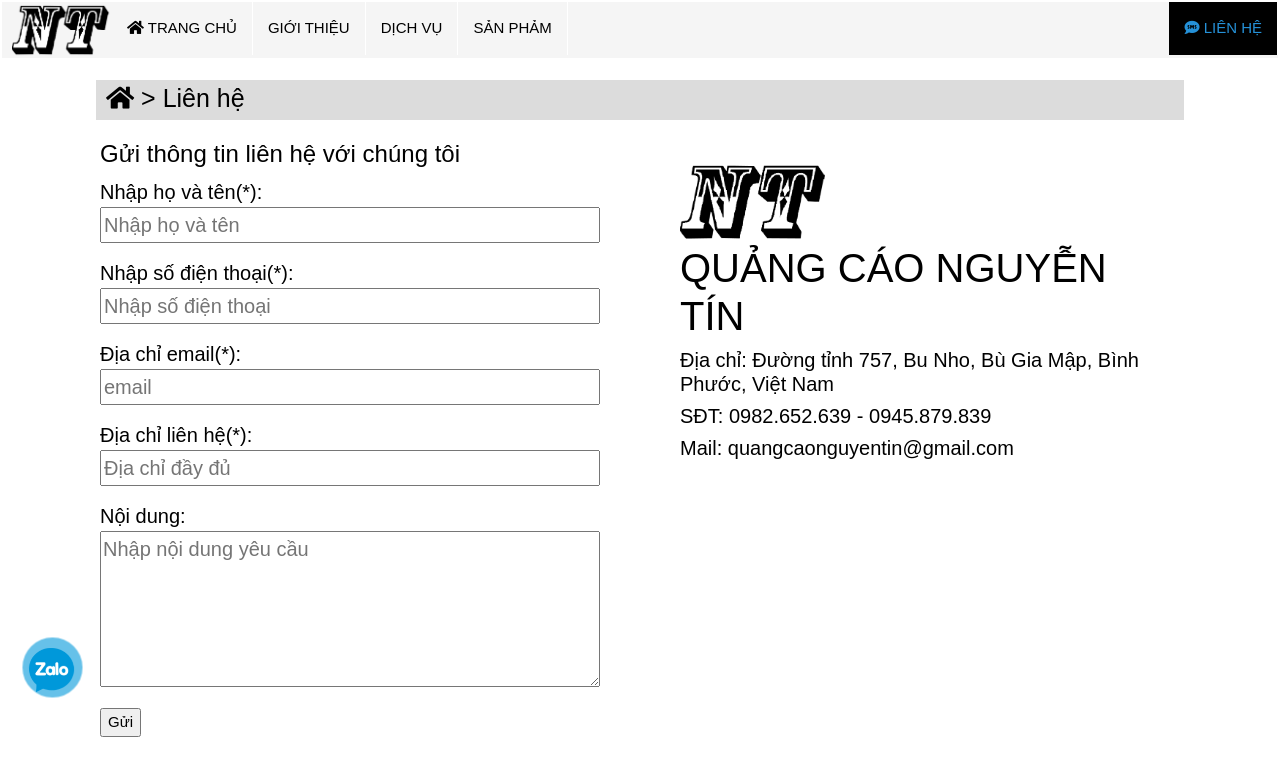
Repository: Haunguyen42193/quangcaonguyentin.github.io
Page: contact.html
An editor plug-in stored every save of this project. The page is shown before and after the next save, followed by the edit.
The browser window is 1280 px wide. The pictures show the part of the page from y = 0 to 757 px (the page is 1526 px tall).
Pictures or frames that could not be fetched are drawn as grey boxes. Some web fonts or font styles are not loaded; a fallback is used. Some web libraries are served in a nearby version.

Above is the page before, as saved 2021-09-22 16:51:52.

After the next save:
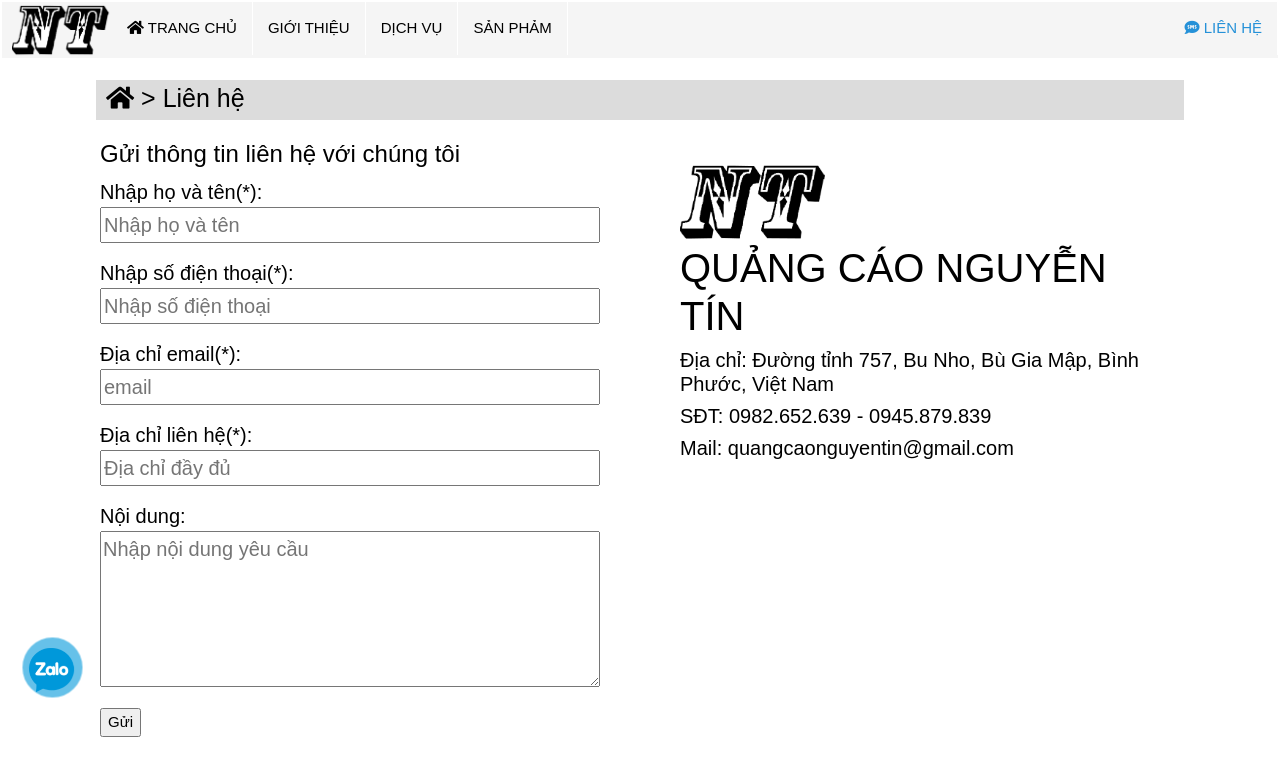
Saved 29 s later.
--- a/Js/main.js
+++ b/Js/main.js
@@ -11,7 +11,7 @@ $(document).ready(function() {
         live:         true        // default
     })
     wow.init();
-    $(".chose").css({"background-color": "black", "color": "#2591d8"})
+    $(".chose").css({"color": "#2591d8"})
     $("#goToTop").hide()
     $(window).scroll(function() {
 
